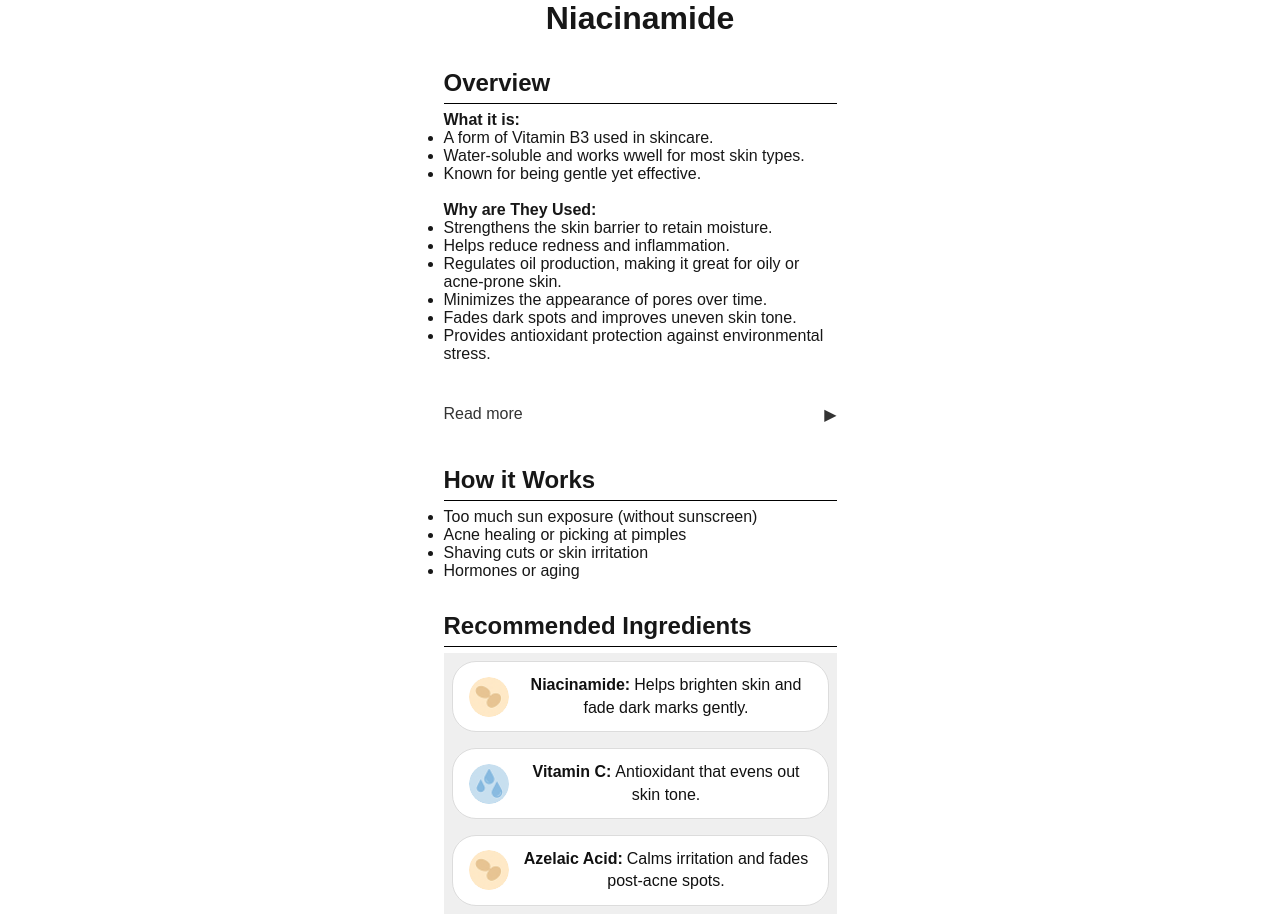
Repository: Esteb4ncd/DermaKnight_WebApp
Page: / (app in dermaknight/)
An editor plug-in stored every save of this project. The page is shown before and after the next save, followed by the edit.
The browser window is 1280 px wide. The pictures show the whole page.
The project was rebuilt for these pictures with package versions that can differ from the ones it lists, and the page was loaded fresh each time. The framework's server and built-in components were replaced by stand-ins that run in the browser. Also part of the build but not shown: dermaknight/next.config.mjs, dermaknight/app/page.module.css, dermaknight/app/ui/toggleDropdown/toggleDropdown.module.css.

Above is the page before, as saved 2025-05-12 13:29:14.

### dermaknight/app/layout.js
import { Geist, Geist_Mono } from "next/font/google";
import "./globals.css";



const geistSans = Geist({
  variable: "--font-geist-sans",
  subsets: ["latin"],
});

const geistMono = Geist_Mono({
  variable: "--font-geist-mono",
  subsets: ["latin"],
});

export const metadata = {
  title: "DermaKnight",
  description: "Skincare made easy for you",
};

export default function RootLayout({ children }) {
  return (
    <html lang="en">
      <body className={`${geistSans.variable} ${geistMono.variable}`}>
        {children}
      </body>
    </html>
  );
}

### dermaknight/app/page.js
'use client'
// import Image from "next/image";
import styles from "./page.module.css";
import Ingredients from "./ui/ingredientCard/ingredientCard";
import {useRouter} from 'next/navigation';
import toggleDropdown from "./ui/toggleDropdown/toggleDropdown";

const ingredients = [
  {
      key: 1,
      name: "Niacinamide:",
      image: "/ingredients/image_1.png",
      description: "Helps brighten skin and fade dark marks gently.",
    },
  {
    key: 2,
      name: "Vitamin C:",
      image: "/ingredients/image_2.png",
      description: "Antioxidant that evens out skin tone.",
  },
  {
    key: 3,
      name: "Ceramides:",
      image: "/ingredients/image_1.png",
      description: "Calms irritation and fades post-acne spots.",
  },
  {
    key: 4,
      name: "Retinol:",
      image: "/ingredients/image_2.png",
      description: "A vitamin A derivative that speeds up skin cell turnover.",
  },
  {
    key: 5,
      name: "Salicylic Acid:",
      image: "/ingredients/image_2.png",
      description: "Helps brighten skin and fade dark marks gently.",
  },
  {
    key: 5,
      name: "Azelaic Acid:",
      image: "/ingredients/image_1.png",
      description: "Calms irritation and fades post-acne spots.",
  },
];

export default function Home() {
  const router = useRouter();

  // Function to toggle the dropdown content
  // This function is called when the button is clicked
  function toggleDropdown() {
  const content = document.getElementById('dropdownContent');
  const buttonText = document.getElementById('buttonText');
  const arrow = document.getElementById('arrow');

  content.classList.toggle('hidden');
  arrow.classList.toggle('rotated');

  if (content.classList.contains('hidden')) {
    buttonText.textContent = 'Read more';
    arrow.textContent = '▶';
  } else {
    buttonText.textContent = 'Read less';
    arrow.textContent = '▼';
  }
}

  return (
    <div className={styles.authContainer}>
      <header>
        <h1>Niacinamide</h1>
      </header>

      <main>
        <section>
        <h2 style={{ "text-align": "left" }}>Overview</h2>
        <hr style={{ border: "none", borderTop: "1px solid black", margin: "0.4rem 0" }} />
        <p style={{ "text-align": "left" , "font-weight": "bold"}}>What it is:</p>
        <ul style={{ "text-align": "left"}}>
          <li>
            A form of Vitamin B3 used in skincare.
          </li>
          <li>
            Water-soluble and works wwell for most skin types.
          </li>
          <li>
            Known for being gentle yet effective.
          </li>
        </ul>
        <br></br>
        <p style={{ "text-align": "left" , "font-weight": "bold"}}>Why are They Used:</p>
        <ul style={{ "text-align": "left"}}>
          <li>
            Strengthens the skin barrier to retain moisture.
          </li>
          <li>
            Helps reduce redness and inflammation.
          </li>
          <li>
            Regulates oil production, making it great for oily or acne-prone skin.
          </li>
          <li>
            Minimizes the appearance of pores over time.
          </li>
          <li>
            Fades dark spots and improves uneven skin tone.
          </li>
          <li>
            Provides antioxidant protection against environmental stress.
          </li>
        </ul>
        </section>


{/* Toggled Section */}
        <section>
          <div class="dropdown-container">
            <button class="toggle-button" onclick="toggleDropdown()">
              <span id="buttonText">Read more</span>
              <span id="arrow">▶</span>
            </button>

            <div id="dropdownContent" class="hidden">
              <h3>Additional Information</h3>
              <ul>
                <li>It's water-soluble and found in both food and topical skincare.</li>
                <li>In the body, it plays a role in energy production and DNA repair.</li>
              </ul>

              <strong>It plays a role in:</strong>
              <ul>
                <li>Reducing inflammation</li>
                <li>Improving skin barrier function</li>
                <li>Regulating oil (sebum) production</li>
                <li>Reducing hyperpigmentation and redness</li>
              </ul>

              <strong>What it is:</strong>
              <ul>
                <li>A water-soluble form of Vitamin B3 (niacin)</li>
                <li>Found in foods like meat, eggs, green vegetables, and grains</li>
                <li>Used in skincare for its multi-functional benefits</li>
                <li>Suitable for most skin types, including sensitive and acne-prone</li>
              </ul>

              <strong>Why Niacinamide Is Used:</strong>
              <ul>
                <li>Strengthens the skin barrier by boosting ceramide production</li>
                <li>Helps reduce inflammation, redness, and irritation</li>
                <li>Balances oil production, ideal for oily/acne-prone skin</li>
                <li>Minimizes the appearance of pores over time</li>
                <li>Fades dark spots and evens out skin tone</li>
              </ul>
            </div>
        </div>
        </section>

        <section>
        <h2 style={{ "text-align": "left" }}>How it Works</h2>
        <hr style={{ border: "none", borderTop: "1px solid black", margin: "0.4rem 0" }} />
        <ul style={{ "text-align": "left"}}>
          <li>
            Too much sun exposure (without sunscreen)
          </li>
          <li>
            Acne healing or picking at pimples
          </li>
          <li>
            Shaving cuts or skin irritation
          </li>
          <li>
            Hormones or aging
          </li>
        </ul>
        </section>



        <section className={styles.authContainer}>
        <h2 style={{ "text-align": "left" }}>Recommended Ingredients</h2>
        <hr style={{ border: "none", borderTop: "1px solid black", margin: "0.4rem 0" }} />

        {["Niacinamide", "Vitamin C", "Azelaic Acid"].map((key) => {
          const item = ingredients.find((i) => i.name.startsWith(key));
            return (
              <Ingredients
                key={key}
                image={item.image}
                name={item.name}
                description={item.description}
                onClick={() => router.push(`/${key.toLowerCase().replace(/\s/g, '')}`)}
              />
          );
        })}

        </section>
      </main>
    </div>
  )
}

### dermaknight/app/globals.css
.auth-container {
  padding: 32px;
  max-width: 393px;
  margin: 0 auto;
  text-align: center;
  background: white;
}

/* Category Page Styling */
article, section {
  padding: 32px 0px 0px 0px;
  max-width: 393px;
  margin: 0 auto;
  text-align: center;
}

header {
  text-align: center;
}

.cardLink {
  text-decoration: none;
  color: inherit;
}

/* Ingredients Page Styling */
.toggle-button {
    display: flex;
    justify-content: space-between;
    width: 100%;
    border: none;
    background: none;
    font-size: 16px;
    padding: 10px 0;
    cursor: pointer;
    color: #333;
}

#dropdownContent {
    padding: 10px;
    border-top: 1px solid #000;
    font-size: 14px;
}

.hidden {
    display: none;
}

#arrow {
    transition: transform 0.3s ease;
}

.rotated {
    transform: rotate(180deg);
}


/* Variables Etc */

:root {
  --background: #ffffff;
  --foreground: #171717;
}

:root {
  --color-text: #1C0E13;
  --color-labels: #5A5757;
  --color-button-bg: #444752;
  --color-button-text: #ffffff;
  --color-header-bg: #E0E8FF;
  --color-green: #5B9253;
  --color-yellow: #FFF48D;
  --color-quiz-button: #EAEFFF;
  --color-quiz-button-selected: #969DB3;
  --color-quiz-button-border: #949DB5;


  --font-main: 'Lexend', sans-serif;
  --text-h1: 40px;
  --line-h1: 44px;

  --text-h2: 34px;
  --line-h2: 38px;

  --text-h3: 28px;
  --line-h3: 32px;

  --text-h4: 20px;
  --line-h4: 24px;

  --text-body: 16px;
  --line-body: 20px;

  --text-body-bold: 16px;
  --line-body-bold: 24px;

  --text-label: 14px;
  --line-label: 18px;

  --text-body-medium: 16px;
  --line-body-medium: 20px;

  --text-body-large: 20px;
  --line-body-large: 20px;

  --text-label-small: 12px;
  --line-label-small: 16px;

  --text-tags: 13px;
  --line-tags: 24.3px;

  --text-h3-bold: 28px;
  --line-h3-bold: 32px;

  --text-h3-large: 36px;
  --line-h3-large: 32px;

  --text-h3-large-bold: 36px;
  --line-h3-large-bold: 32px;
}



/* HEADINGS */
.h1 {
  font-family: var(--font-main);
  font-size: var(--text-h1);
  line-height: var(--line-h1);
  font-weight: 700;
}

.h2 {
  font-size: var(--text-h2);
  line-height: var(--line-h2);
  font-weight: 600;
}

.h3 {
  font-size: var(--text-h3);
  line-height: var(--line-h3);
  font-weight: 600;
}
.h3Bold {
  font-size: var(--text-h3-bold);
  line-height: var(--line-h3-bold);
  font-weight: 700;
}

.h3Large {
  font-size: var(--text-h3-large);
  line-height: var(--line-h3-large);
  font-weight: 600;
}

.h3LargeBold {
  font-size: var(--text-h3-large-bold);
  line-height: var(--line-h3-large-bold);
  font-weight: 700;
}

.h4 {
  font-size: var(--text-h4);
  line-height: var(--line-h4);
  font-weight: 600;
}

/* BODY TEXT */
.body {
  font-size: var(--text_body);
  line-height: var(--line_body);
  font-weight: 400;
}

.bodyBold {
  font-size: var(--text-body-bold);
  line-height: var(--line-body-bold);
  font-weight: 600;
}
.bodyMedium {
  font-size: var(--text-body-medium);
  line-height: var(--line-body-medium);
  font-weight: 500;
}

.bodyLarge {
  font-size: var(--text-body-large);
  line-height: var(--line-body-large);
  font-weight: 400;
}

.bodyLargeBold {
  font-size: var(--text-body-large);
  line-height: var(--line-body-large);
  font-weight: 600;
}

/* LABELS */
.label {
  font-size: var(--text_label);
  line-height: var(--line_label);
  font-weight: 400;
}

.labelMedium {
  font-size: var(--text-label);
  line-height: var(--line-label);
  font-weight: 500;
}

  .labelSmall {
    font-size: var(--text-label-small);
    line-height: var(--line-label-small);
    font-weight: 400;
  }

  .tags {
    font-size: var(--text_tags);
    line-height: var(--line_tags);
    font-weight: 400;
  }









@media (prefers-color-scheme: dark) {
  :root {
    --background: #0a0a0a;
    --foreground: #ededed;
  }
}

html,

body {
  max-width: 100vw;
  overflow-x: hidden;
}

body {
  color: var(--foreground);
  background: var(--background);
  font-family: Arial, Helvetica, sans-serif;
  -webkit-font-smoothing: antialiased;
  -moz-osx-font-smoothing: grayscale;
}

* {
  box-sizing: border-box;
  padding: 0;
  margin: 0;
}

a {
  color: inherit;
  text-decoration: none;
}

@media (prefers-color-scheme: dark) {
  html {
    color-scheme: dark;
  }
}

### dermaknight/app/ui/ingredientCard/ingredientCard.js
import styles from "./ingredientCard.module.css";
import Image from "next/image";

function Ingredients({ name, image, description, onClick }) {
    return (
        <button className={styles.cardButtons} onClick={onClick}>
            <div className={styles.ingredient}>
                <div className={styles.ingredientImage}>
                    <img className={styles.ingredientImage} src={image} />
                </div>
                <p className={styles.ingredientDescription}>
                <span className={styles.ingredientName}>{name}</span>{description}
                </p>
            </div>
        </button>
    );
}

export default Ingredients;

### dermaknight/app/ui/toggleDropdown/toggleDropdown.js
import styles from "./toggleDropdown.module.css";

export default function toggleDropdown() {
    const content = document.getElementById('dropdownContent');
    const buttonText = document.getElementById('buttonText');
    const arrow = document.getElementById('arrow');

    content.classList.toggle('hidden');
    arrow.classList.toggle('rotated');

    if (content.classList.contains('hidden')) {
        buttonText.textContent = 'Read more';
        arrow.textContent = '▶';
    } else {
        buttonText.textContent = 'Read less';
        arrow.textContent = '▼';
    }
}

### dermaknight/app/ui/ingredientCard/ingredientCard.module.css
.ingredient {
    display: flex;
    align-items: center;
    padding: 12px 16px;
    border: 1px solid #dcdcdc;
    border-radius: 24px;
    margin: 8px;
    background-color: white;
    max-width: 600px;
    box-shadow: 0 0 0 1px #f0f0f0;
    font-family: Lexend, sans-serif;
}

.ingredientImage {
    flex-shrink: 0;
    width: 40px;
    height: 40px;
    border-radius: 50%;
    overflow: hidden;
    margin-right: 12px;
}

.ingredientName {
    font-weight: 700;
    margin-right: 4px;
}

.ingredientDescription {
    font-size: 1rem;
    color: #111;
    margin: 0;
    line-height: 1.4;
}

.cardButtons {
    border:0;
}

After the next save:
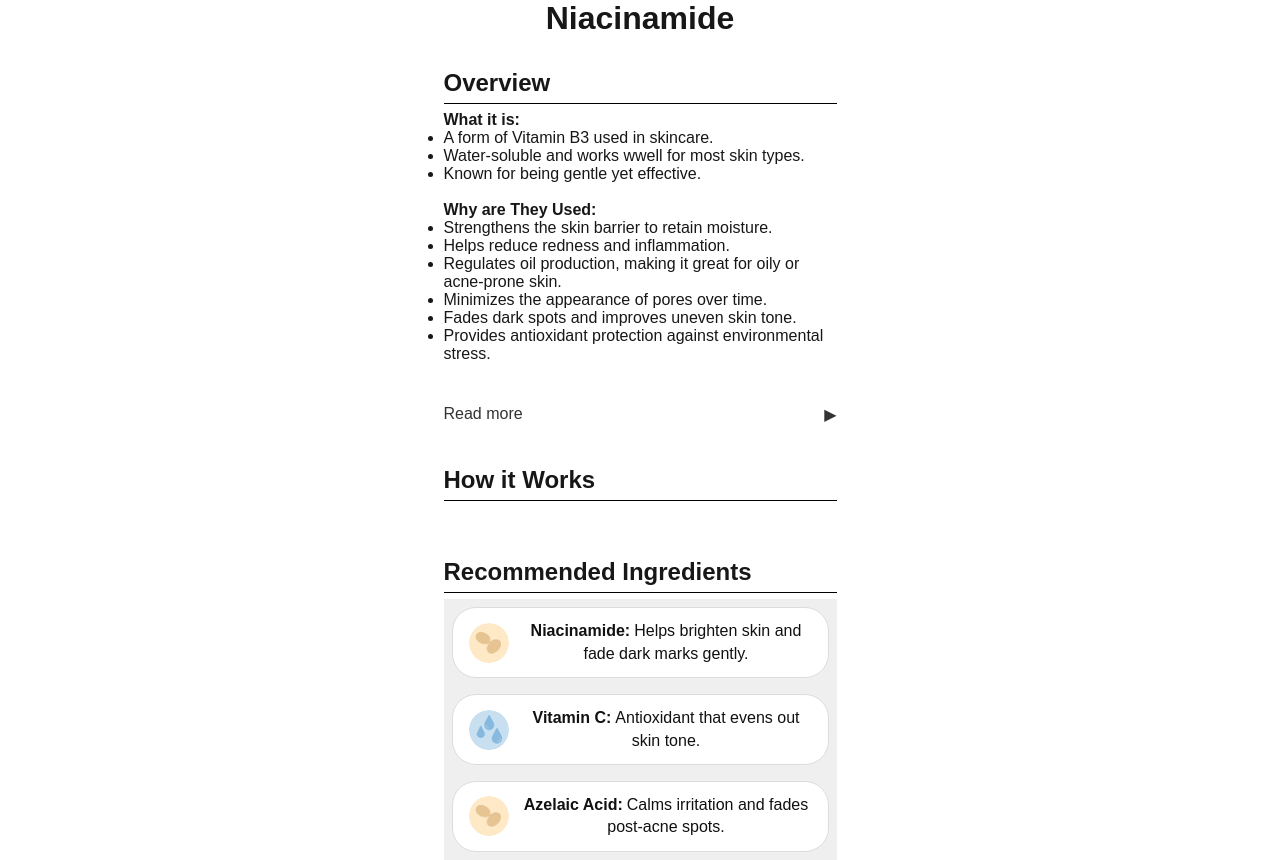
Saved 14 s later.
--- a/dermaknight/app/page.js
+++ b/dermaknight/app/page.js
@@ -159,20 +159,8 @@ export default function Home() {
         <section>
         <h2 style={{ "text-align": "left" }}>How it Works</h2>
         <hr style={{ border: "none", borderTop: "1px solid black", margin: "0.4rem 0" }} />
-        <ul style={{ "text-align": "left"}}>
-          <li>
-            Too much sun exposure (without sunscreen)
-          </li>
-          <li>
-            Acne healing or picking at pimples
-          </li>
-          <li>
-            Shaving cuts or skin irritation
-          </li>
-          <li>
-            Hormones or aging
-          </li>
-        </ul>
+        <img>
+        </img>
         </section>
 
 
